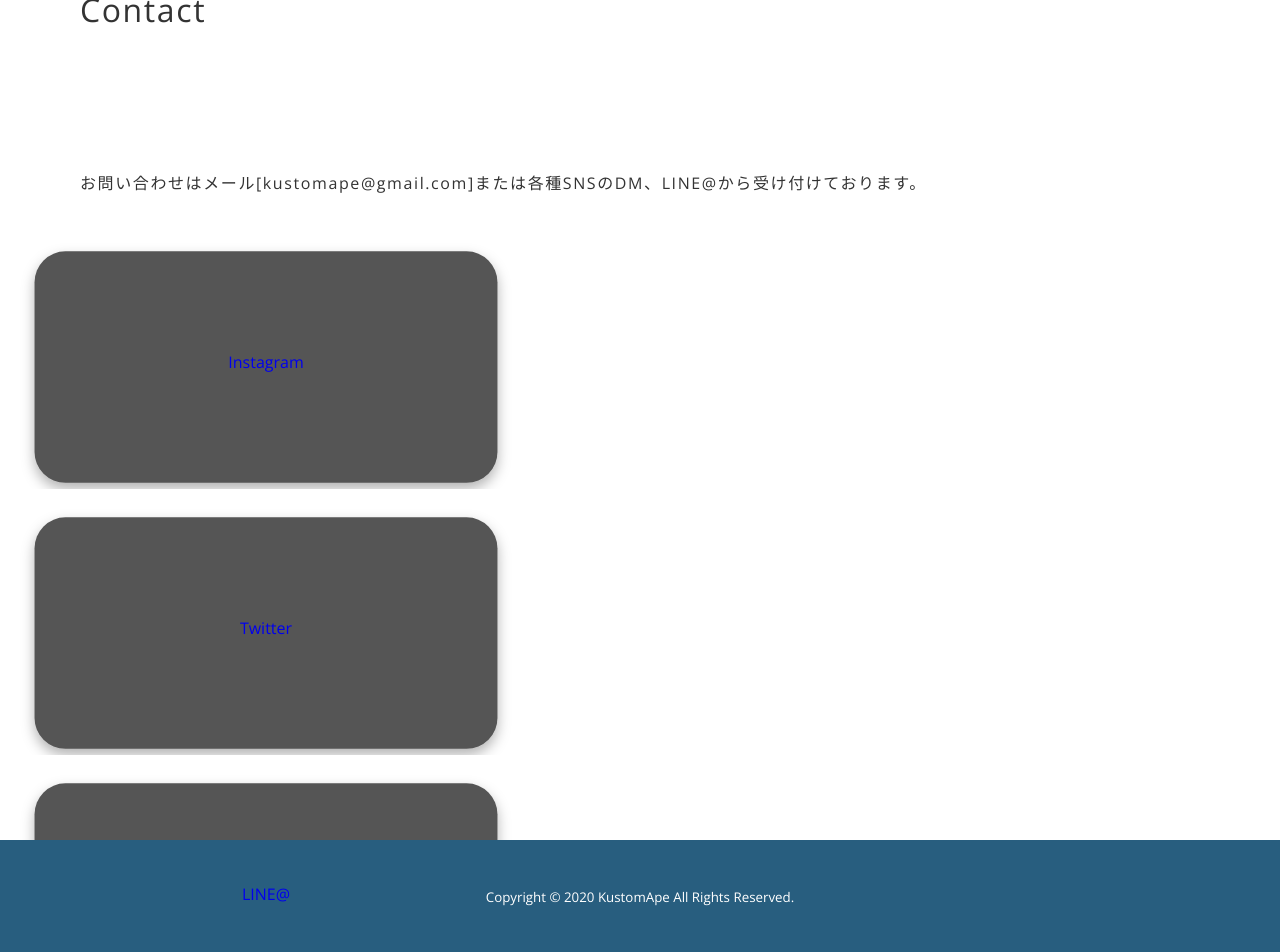
Repository: AirDepot/web
Page: index.html
The author's editor kept a copy of each file at every save. The page is drawn from the files as they stood at one save, then again after the next save.
The browser window is 1280 px wide. The pictures show the part of the page from y = 4740 to 5692 px (the page is 5692 px tall).
A picture or video elsewhere on the page could not be fetched, so the positions and the page height are approximate.

Above is the page before, as saved 2020-02-12 19:23:55.

After the next save:
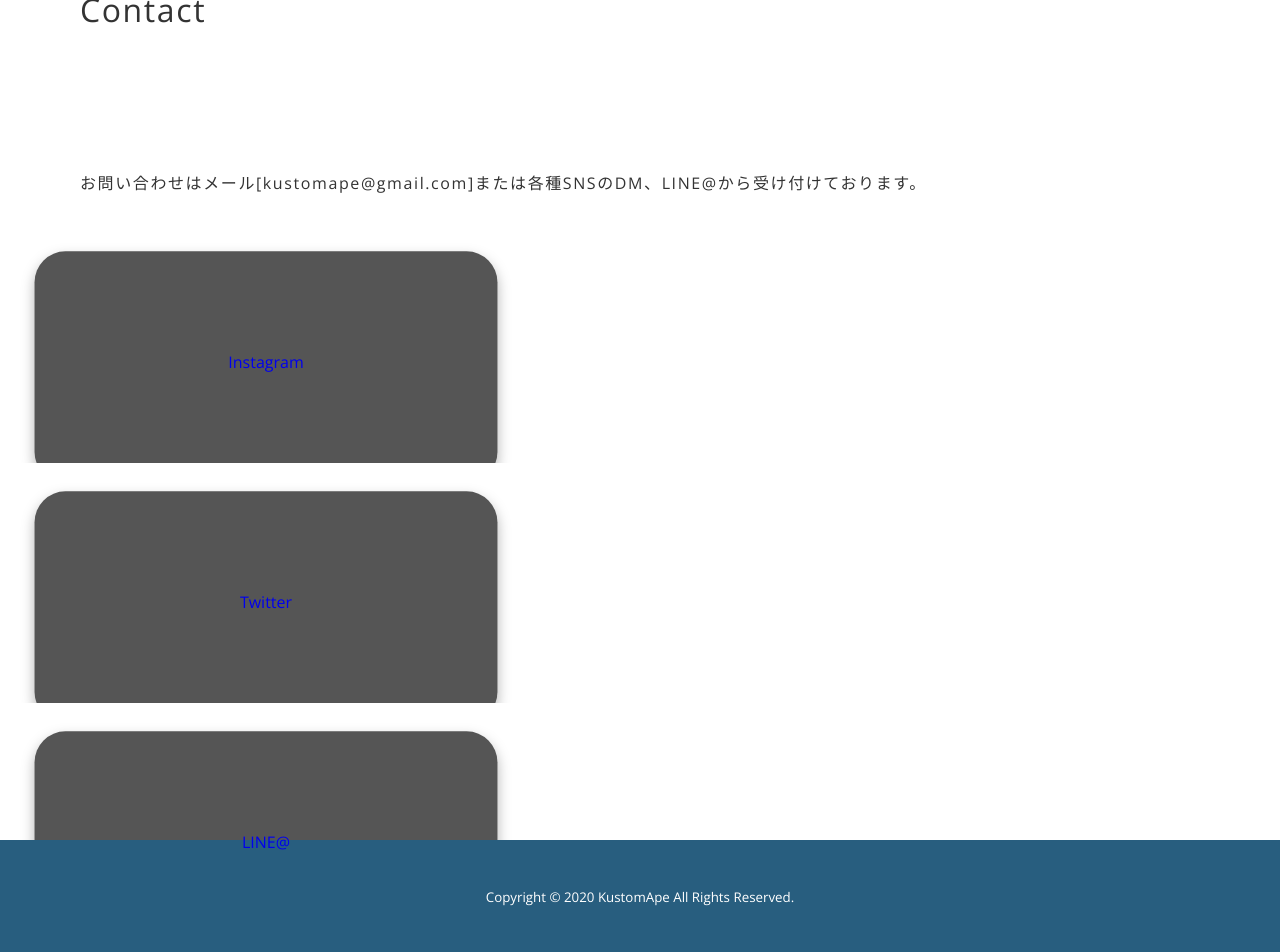
Saved 32 s later.
--- a/assets/css/common.css
+++ b/assets/css/common.css
@@ -205,7 +205,7 @@ div.btn {
     background-repeat: no-repeat;
     background-size: cover;
     width: 500px;
-    height: 250px;
+    height: 150px;
     color: #fff;
     font-weight: 100;
     text-align: center;
